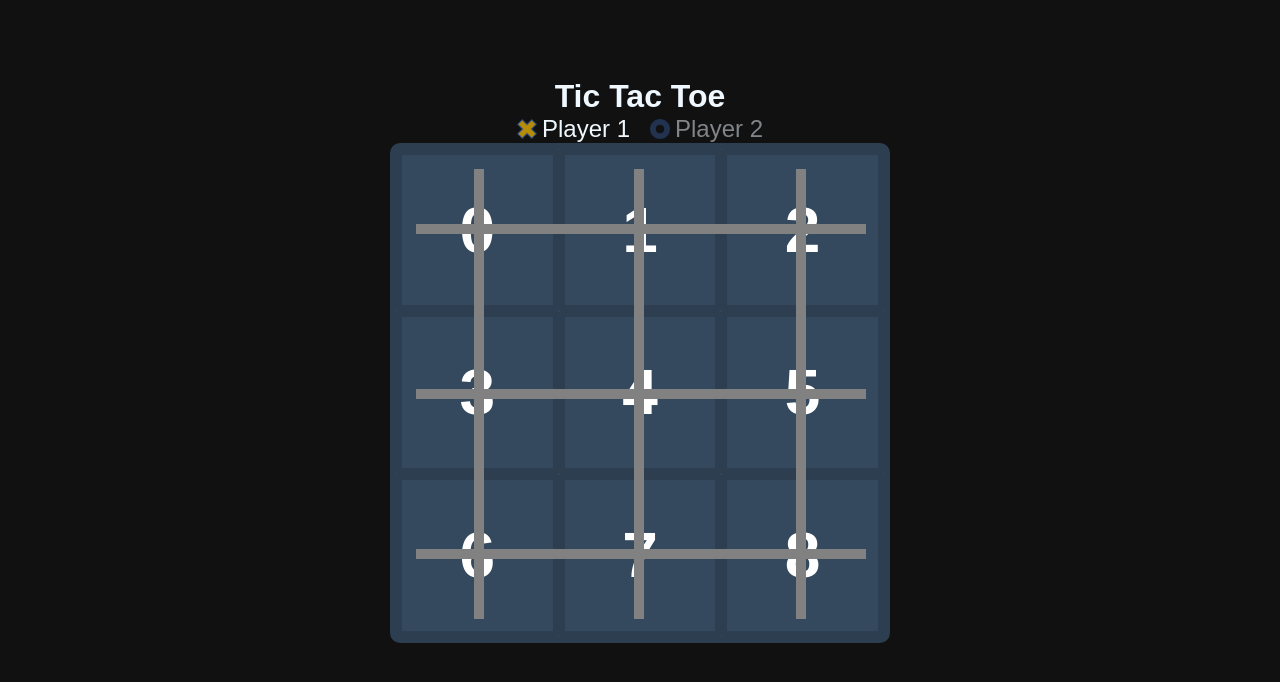
Repository: richardlieknis/tictactoe
Page: index.html
These files come from the project's save history. The page is drawn as it stood at one moment and after the next save; the edit follows.
The browser window is 1280 px wide. The pictures show the whole page.

Above is the page before, as saved 2022-12-08 16:03:24.

After the next save:
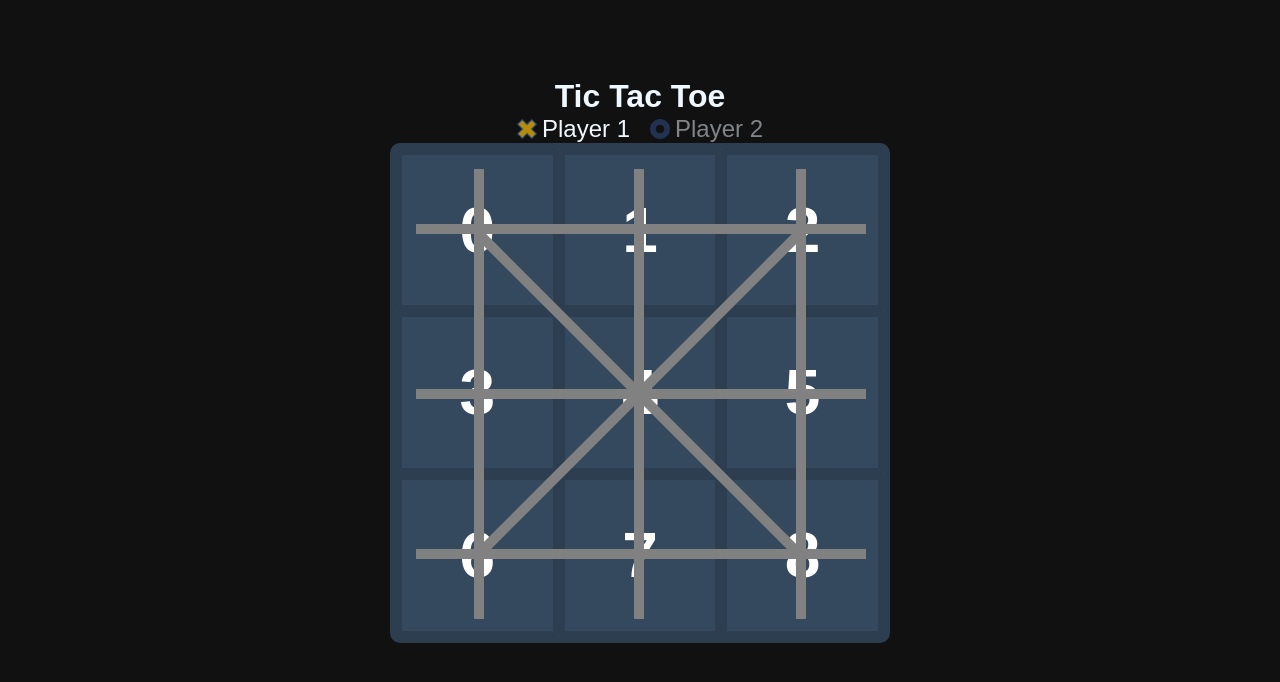
Saved 18 s later.
--- a/index.html
+++ b/index.html
@@ -40,8 +40,8 @@
                 <div id="line3" class="line make-vertical" style="top: 240px; right: 180px"></div>
                 <div id="line4" class="line make-vertical" style="top: 240px; right: 20px"></div>
                 <div id="line5" class="line make-vertical" style="top: 240px; left: 180px"></div>
-                <div id="line6" class="line" style="top: 240px; right: 20px; transform: rotate(45deg) scaleX(0)"></div>
-                <div id="line7" class="line" style="top: 240px; right: 20px; transform: rotate(-45deg) scaleX(0)"></div>
+                <div id="line6" class="line" style="top: 240px; right: 20px; transform: rotate(45deg) scaleX(1)"></div>
+                <div id="line7" class="line" style="top: 240px; right: 20px; transform: rotate(-45deg) scaleX(1)"></div>
             </div>
         </div>
     </div>

After the save that followed:
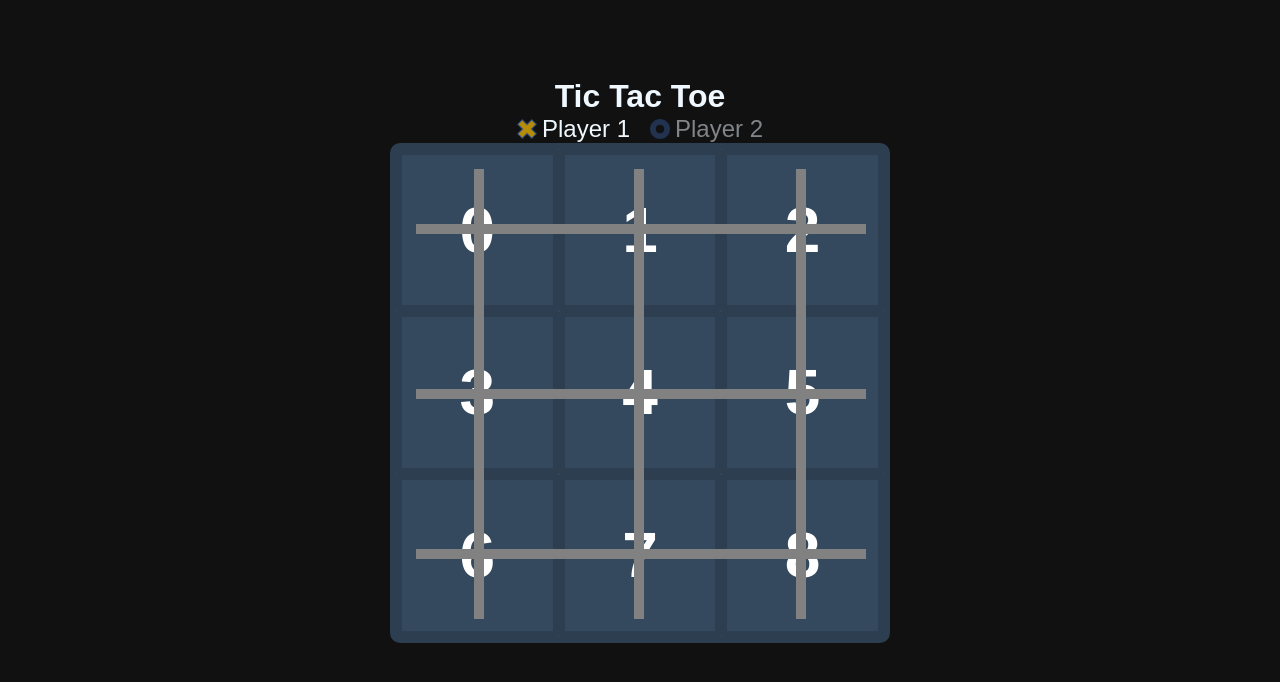
Saved 46 s later.
--- a/index.html
+++ b/index.html
@@ -40,8 +40,8 @@
                 <div id="line3" class="line make-vertical" style="top: 240px; right: 180px"></div>
                 <div id="line4" class="line make-vertical" style="top: 240px; right: 20px"></div>
                 <div id="line5" class="line make-vertical" style="top: 240px; left: 180px"></div>
-                <div id="line6" class="line" style="top: 240px; right: 20px; transform: rotate(45deg) scaleX(1)"></div>
-                <div id="line7" class="line" style="top: 240px; right: 20px; transform: rotate(-45deg) scaleX(1)"></div>
+                <div id="line6" class="line" style="top: 240px; right: 20px; transform: rotate(45deg) scaleX(0)"></div>
+                <div id="line7" class="line" style="top: 240px; right: 20px; transform: rotate(-45deg) scaleX(0)"></div>
             </div>
         </div>
     </div>
